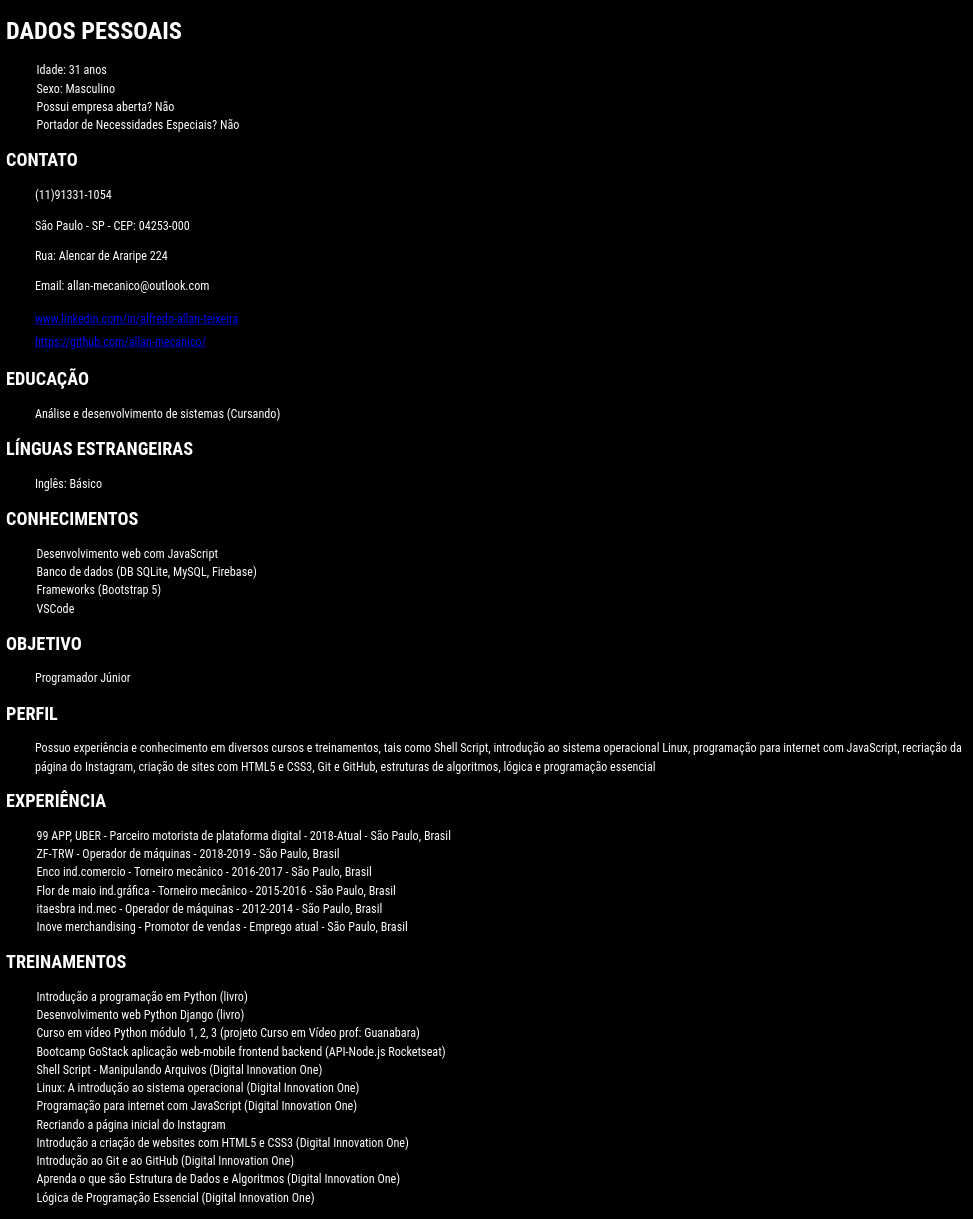
Repository: alfredo-allan/Portfolio
Page: curriculo.html
An editor plug-in stored every save of this project. The page is shown before and after the next save, followed by the edit.
The browser window is 1280 px wide. The pictures show the whole page, at 76% of full size.

Above is the page before, as saved 2024-03-20 15:19:10.

### curriculo.html
<!DOCTYPE html>
<html lang="pt-BR">

<head>
	<meta charset="UTF-8">
	<meta name="viewport" content="width=device-width, initial-scale=1.0">
	<link rel="stylesheet" href="./src/assets/styles/curriculo.css" />

	<title>Alfredo Allan Teixeira Sousa</title>
</head>

<body>

	<h1>DADOS PESSOAIS</h1>
	<ul>
		<li>Idade: 31 anos</li>
		<li>Sexo: Masculino</li>
		<li>Possui empresa aberta? Não</li>
		<li>Portador de Necessidades Especiais? Não</li>
	</ul>

	<h2>CONTATO</h2>
	<p>(11)91331-1054</p>
	<p>São Paulo - SP - CEP: 04253-000</p>
	<p>Rua: Alencar de Araripe 224</p>
	<p>Email: allan-mecanico@outlook.com</p>

	<a href="www.linkedin.com/in/alfredo-allan-teixeira-ba2701149/">www.linkedin.com/in/alfredo-allan-teixeira</a>
	<br>
	<a href="https://github.com/allan-mecanico/">https://github.com/allan-mecanico/</a>

	<h2>EDUCAÇÃO</h2>
	<p>Análise e desenvolvimento de sistemas (Cursando)</p>

	<h2>LÍNGUAS ESTRANGEIRAS</h2>
	<p>Inglês: Básico</p>

	<h2>CONHECIMENTOS</h2>
	<ul>
		<li>Desenvolvimento web com JavaScript</li>
		<li>Banco de dados (DB SQLite, MySQL, Firebase)</li>
		<li>Frameworks (Bootstrap 5)</li>
		<li>VSCode</li>
	</ul>

	<h2>OBJETIVO</h2>
	<p>Programador Júnior</p>

	<h2>PERFIL</h2>
	<p>Possuo experiência e conhecimento em diversos cursos e treinamentos, tais como Shell Script, introdução ao sistema
		operacional Linux, programação para internet com JavaScript, recriação da página do Instagram, criação de sites com
		HTML5 e CSS3, Git e GitHub, estruturas de algoritmos, lógica e programação essencial</p>

	<h2>EXPERIÊNCIA</h2>
	<ul>
		<li>99 APP, UBER - Parceiro motorista de plataforma digital - 2018-Atual - São Paulo, Brasil</li>
		<li>ZF-TRW - Operador de máquinas - 2018-2019 - São Paulo, Brasil</li>
		<li>Enco ind.comercio - Torneiro mecânico - 2016-2017 - São Paulo, Brasil</li>
		<li>Flor de maio ind.gráfica - Torneiro mecânico - 2015-2016 - São Paulo, Brasil</li>
		<li>itaesbra ind.mec - Operador de máquinas - 2012-2014 - São Paulo, Brasil</li>
		<li>Inove merchandising - Promotor de vendas - Emprego atual - São Paulo, Brasil</li>
	</ul>

	<h2>TREINAMENTOS</h2>
	<ul>
		<li>Introdução a programação em Python (livro)</li>
		<li>Desenvolvimento web Python Django (livro)</li>
		<li>Curso em vídeo Python módulo 1, 2, 3 (projeto Curso em Vídeo prof: Guanabara)</li>
		<li>Bootcamp GoStack aplicação web-mobile frontend backend (API-Node.js Rocketseat)</li>
		<li>Shell Script - Manipulando Arquivos (Digital Innovation One)</li>
		<li>Linux: A introdução ao sistema operacional (Digital Innovation One)</li>
		<li>Programação para internet com JavaScript (Digital Innovation One)</li>
		<li>Recriando a página inicial do Instagram</li>
		<li>Introdução a criação de websites com HTML5 e CSS3 (Digital Innovation One)</li>
		<li>Introdução ao Git e ao GitHub (Digital Innovation One)</li>
		<li>Aprenda o que são Estrutura de Dados e Algoritmos (Digital Innovation One)</li>
		<li>Lógica de Programação Essencial (Digital Innovation One)</li>
	</ul>

</body>

</html>

### src/assets/styles/curriculo.css
:root {
	--roboto-condensed: "Roboto Condensed", sans-serif;

}

body {
	font-family: var(--roboto-condensed);
	color:white;
	background-color: black;
	ul {
		li{
				list-style: none;
				line-height: 1.5;
	}
}
	p {
		list-style: none;
		line-height: 1.5;
		margin-left: 3%;
	}
	a {
				margin-left: 3%;
				line-height: 1.9;
	}
}

After the next save:
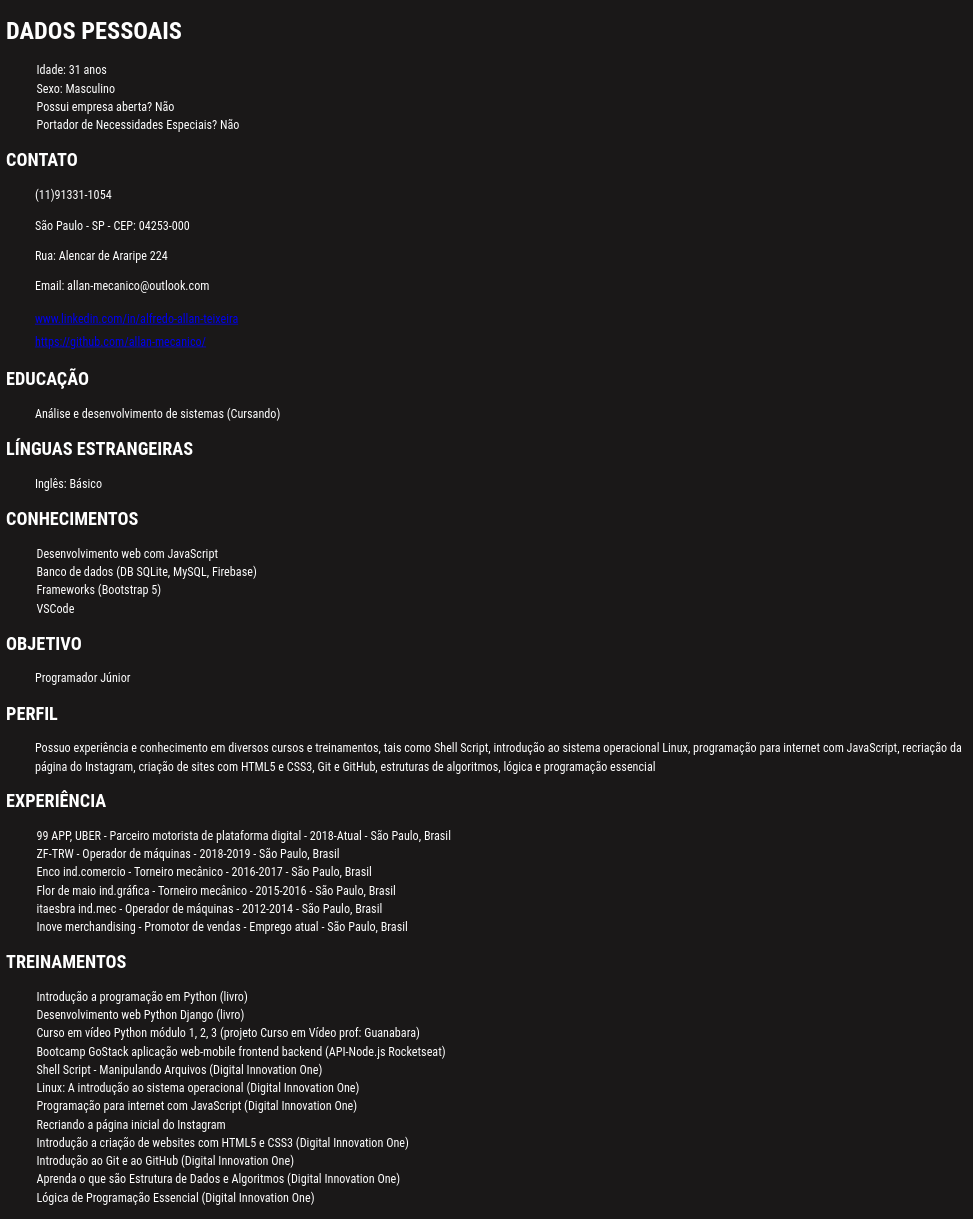
Saved 14 s later.
--- a/src/assets/styles/curriculo.css
+++ b/src/assets/styles/curriculo.css
@@ -6,7 +6,7 @@
 body {
 	font-family: var(--roboto-condensed);
 	color:white;
-	background-color: black;
+	background-color: rgb(26, 24, 24);
 	ul {
 		li{
 				list-style: none;
